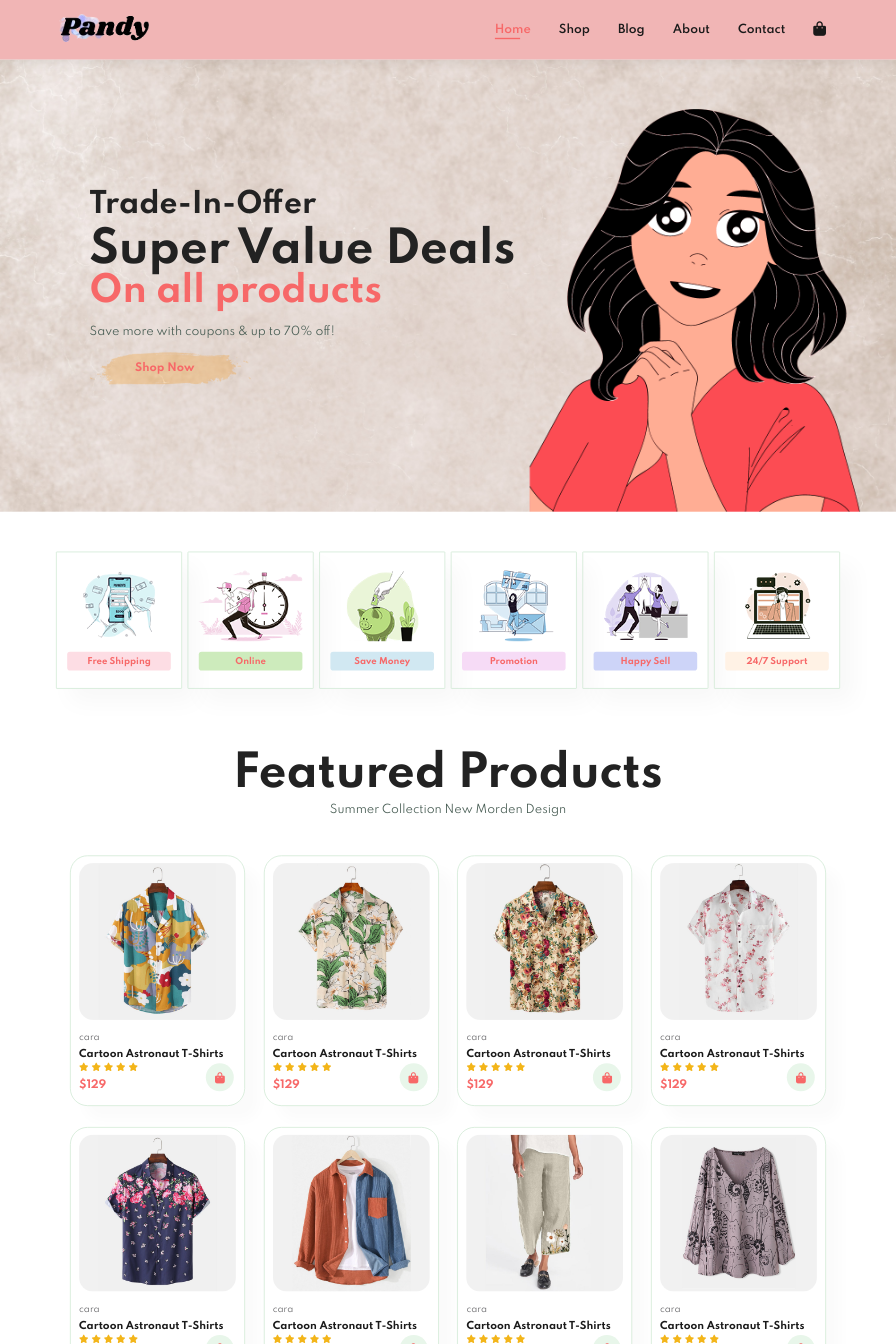
Repository: NassimeElkamari/Pandy-store-Frontend
Page: index.html
An editor plug-in stored every save of this project. The page is shown before and after the next save, followed by the edit.
The browser window is 1280 px wide. The pictures show the part of the page from y = 0 to 1920 px (the page is 3800 px tall), at 70% of full size.

Above is the page before, as saved 2024-10-05 12:27:55.

### index.html
<!DOCTYPE html>
<html lang="en">
<head>
    <meta charset="UTF-8">
    <title>Pandy store</title>
    <link rel="stylesheet" href="style.css">
    <link rel="stylesheet" href="https://cdnjs.cloudflare.com/ajax/libs/font-awesome/6.5.1/css/all.min.css">
    <link rel="icon" href="img/favicon.ico">
</head>
<body>
    <!--Header-->
    <header id="Header">
        <a href="#"><img src="img/logo (1).png" class="logo"></a>
        <nav>
            <ul id="navbar">
                <li><a href="index.html" class="active">Home</a></li>
                <li><a href="shop.html" class="n-active">Shop</a></li>
                <li><a href="blog.html" class="n-active">Blog</a></li>
                <li><a href="about.html" class="n-active">About</a></li>
                <li><a href="contact.html" class="n-active">Contact</a></li>
                <li class="lg-bag"><a href="cart.html"><i class="fa-solid fa-bag-shopping head-cart"></i></a></li>
                <a id="Close" href="#"><i class="fa-solid fa-xmark"></i></a>
            </ul>
        </nav>
        <div id="mobile">
            <a href="cart.html"><i class="fa-solid fa-bag-shopping head-cart"></i></a>
            <i id="bar" class="fa-solid fa-bars"></i>
        </div>
    </header>

    <!--Hero section-->
    <section id="img-slider">
        <div class="slide active">
            <img src="img/img1.png" >
            <div class="info">
                <h4 class="select-none">Trade-In-Offer</h4>
                <h2 class="select-none">Super Value Deals</h2>
                <h1 class="select-none">On all products</h1>
                <p class="select-none">Save more with coupons & up to 70% off!</p>
                <button>Shop Now</button>
            </div>
        </div>
    </section>

    <!--Feature Section-->

    <section id="feature" class="section-p1">
        <div class="fe-box">
            <img src="img/features (1)/f1.png" >
            <h6>Free Shipping</h6>
        </div>
        <div class="fe-box">
            <img src="img/features (1)/f2.png" >
            <h6>Online</h6>
        </div>
        <div class="fe-box">
            <img src="img/features (1)/f3.png" >
            <h6>Save Money</h6>
        </div>
        <div class="fe-box">
            <img src="img/features (1)/f4.png" >
            <h6>Promotion</h6>
        </div>
        <div class="fe-box">
            <img src="img/features (1)/f5.png" >
            <h6>Happy Sell</h6>
        </div>
        <div class="fe-box">
            <img src="img/features (1)/f6.png" >
            <h6>24/7 Support</h6>
        </div>
    </section>

    <!--Products-->
    <section class="section-p1" id="product1">
        <h2>Featured Products</h2>
        <p>Summer Collection New Morden Design</p>
        <div class="pro-container">
            <div class="pro">
                <img src="img/products (1)/f1.jpg" >
                <div class="des">
                    <span>cara</span>
                    <h5>Cartoon Astronaut T-Shirts</h5>
                    <div class="star">
                        <i class="fa-solid fa-star"></i>
                        <i class="fa-solid fa-star"></i>
                        <i class="fa-solid fa-star"></i>
                        <i class="fa-solid fa-star"></i>
                        <i class="fa-solid fa-star"></i>
                    </div>
                    <h4>$129</h4>
                </div>
                <a href="cart.html" class="cart">
                    <i class="fa-solid fa-bag-shopping"></i>
                </a>
            </div>
            <div class="pro">
                <img src="img/products (1)/f2.jpg" >
                <div class="des">
                    <span>cara</span>
                    <h5>Cartoon Astronaut T-Shirts</h5>
                    <div class="star">
                        <i class="fa-solid fa-star"></i>
                        <i class="fa-solid fa-star"></i>
                        <i class="fa-solid fa-star"></i>
                        <i class="fa-solid fa-star"></i>
                        <i class="fa-solid fa-star"></i>
                    </div>
                    <h4>$129</h4>
                </div>
                <a href="cart.html" class="cart">
                    <i class="fa-solid fa-bag-shopping"></i>
                </a>
            </div>
            <div class="pro">
                <img src="img/products (1)/f3.jpg" >
                <div class="des">
                    <span>cara</span>
                    <h5>Cartoon Astronaut T-Shirts</h5>
                    <div class="star">
                        <i class="fa-solid fa-star"></i>
                        <i class="fa-solid fa-star"></i>
                        <i class="fa-solid fa-star"></i>
                        <i class="fa-solid fa-star"></i>
                        <i class="fa-solid fa-star"></i>
                    </div>
                    <h4>$129</h4>
                </div>
                <a href="cart.html" class="cart">
                    <i class="fa-solid fa-bag-shopping"></i>
                </a>
            </div>
            <div class="pro">
                <img src="img/products (1)/f4.jpg" >
                <div class="des">
                    <span>cara</span>
                    <h5>Cartoon Astronaut T-Shirts</h5>
                    <div class="star">
                        <i class="fa-solid fa-star"></i>
                        <i class="fa-solid fa-star"></i>
                        <i class="fa-solid fa-star"></i>
                        <i class="fa-solid fa-star"></i>
                        <i class="fa-solid fa-star"></i>
                    </div>
                    <h4>$129</h4>
                </div>
                <a href="cart.html" class="cart">
                    <i class="fa-solid fa-bag-shopping"></i>
                </a>
            </div>
            <div class="pro">
                <img src="img/products (1)/f5.jpg" >
                <div class="des">
                    <span>cara</span>
                    <h5>Cartoon Astronaut T-Shirts</h5>
                    <div class="star">
                        <i class="fa-solid fa-star"></i>
                        <i class="fa-solid fa-star"></i>
                        <i class="fa-solid fa-star"></i>
                        <i class="fa-solid fa-star"></i>
                        <i class="fa-solid fa-star"></i>
                    </div>
                    <h4>$129</h4>
                </div>
                <a href="cart.html" class="cart">
                    <i class="fa-solid fa-bag-shopping"></i>
                </a>
            </div>
            <div class="pro">
                <img src="img/products (1)/f6.jpg" >
                <div class="des">
                    <span>cara</span>
                    <h5>Cartoon Astronaut T-Shirts</h5>
                    <div class="star">
                        <i class="fa-solid fa-star"></i>
                        <i class="fa-solid fa-star"></i>
                        <i class="fa-solid fa-star"></i>
                        <i class="fa-solid fa-star"></i>
                        <i class="fa-solid fa-star"></i>
                    </div>
                    <h4>$129</h4>
                </div>
                <a href="cart.html" class="cart">
                    <i class="fa-solid fa-bag-shopping"></i>
                </a>
            </div>
            <div class="pro">
                <img src="img/products (1)/f7.jpg" >
                <div class="des">
                    <span>cara</span>
                    <h5>Cartoon Astronaut T-Shirts</h5>
                    <div class="star">
                        <i class="fa-solid fa-star"></i>
                        <i class="fa-solid fa-star"></i>
                        <i class="fa-solid fa-star"></i>
                        <i class="fa-solid fa-star"></i>
                        <i class="fa-solid fa-star"></i>
                    </div>
                    <h4>$129</h4>
                </div>
                <a href="cart.html" class="cart">
                    <i class="fa-solid fa-bag-shopping"></i>
                </a>
            </div>
            <div class="pro">
                <img src="img/products (1)/f8.jpg" >
                <div class="des">
                    <span>cara</span>
                    <h5>Cartoon Astronaut T-Shirts</h5>
                    <div class="star">
                        <i class="fa-solid fa-star"></i>
                        <i class="fa-solid fa-star"></i>
                        <i class="fa-solid fa-star"></i>
                        <i class="fa-solid fa-star"></i>
                        <i class="fa-solid fa-star"></i>
                    </div>
                    <h4>$129</h4>
                </div>
                <a href="cart.html" class="cart">
                    <i class="fa-solid fa-bag-shopping"></i>
                </a>
            </div>
        </div>
    </section>

    <!--Call to Action-->
    <section id="banner" class="section-m1">
        <h4>Repair Services</h4>
        <h2>Up to <span>70% Off</span> All t-shirt & Accessories</h2>
        <button class="normal">Explore More</button>
    </section>

    <!--Small Banner-->
    <section id="sm-banner" class="section-p1">
        <div class="banner-box">
            <h4>Crazy deals</h4>
            <h2>buy 1 get 1 free</h2>
            <span>The best classic dress is on sale at cara</span>
            <button class="white">Learn More</button>
        </div>
        <div class="banner-box">
            <h4>spring summer</h4>
            <h2>upcoming season</h2>
            <span>The best classic dress is on sale at cara</span>
            <button class="white">Collection</button>
        </div>
    </section>

    <!--Features banner-->
    <section id="banner3">
        <div class="banner-box">
            <h4>SEASON SALE</h4>
            <h3>winter Collection -50% OFF</h3>
        </div>
        <div class="banner-box">
            <h4>NEW FOOTWEAR COLLECTION</h4>
            <h3>spring / summer 2024</h3>
        </div>
        <div class="banner-box">
            <h4>T-SHIRT</h4>
            <h3>New Trendy Prints</h3>
        </div>
    </section>

    <!--NewsLetter-->
    <section id="newsletter" class="section-p1 section-m1">
        <div class="newstext">
        <h4>Sign Up For NewsLetters</h4>
        <p>Get E-mail updates about our latest shop and <span>special offers.</span></p>
        </div>
        <form class="form">
            <input type="text" placeholder="Your email address"/>
            <button class="normal" type="submit">Sign Up</button>
        </form>
    </section>

    <!--Footer-->
    <footer class="section-p1">
        <div class="col">
            <img src="img/logo (1).png" class="logo">
            <h4>Contact</h4>
            <p><strong>Address: </strong>Bettana Salé</p>
            <p><strong>Phone: </strong>+212697690746</p>
            <p><strong>Hours: </strong>10:00 - 18:00, Mon - Sat</p>
            <div class="follow">
                <h4>Follow us</h4>
                <div class="icon">
                    <i class="fa-brands fa-facebook"></i>
                    <i class="fa-brands fa-instagram"></i>
                    <i class="fa-brands fa-linkedin"></i>
                    <i class="fa-brands fa-twitter"></i>
                </div>
            </div>
        </div>
        <div class="col">
            <h4>About</h4>
            <a href="about.html">About Us</a>
            <a href="blog.html">Delivery Information</a>
            <a href="blog.html">Privacy Policy</a>
            <a href="blog.html">Terms &amp; Conditions</a>
            <a href="contact.html">Contact Us</a>
        </div>
        <div class="col">
            <h4>My Account</h4>
            <a href="#">Sign In</a>
            <a href="cart.html">View Cart</a>
            <a href="shop.html">My WishList</a>
            <a href="product.html">Track My Order</a>
            <a href="contact.html">Help</a>
        </div>
        <div class="col install">
            <h4>Install App</h4>
            <p>From App Store or Google Play</p>
            <div class="row">
                <img src="img/pay (1)/app.jpg" >
                <img src="img/pay (1)/play.jpg" >
            </div>
            <p>Secured Payment Gateways</p>
            <img src="img/pay (1)/pay.png" >
        </div>
        <div class="copyright">
            <p>@2024 NassimeElkamari. All Rights Reserved</p>
        </div>
    </footer>

    <script src="main.js"></script>
</body>
</html>

### style.css
/* google font */
@import url('https://fonts.googleapis.com/css2?family=Spartan:wght@100;200;300;400;500;600;700;800;900&display=swap');

:root {
  --primary-color: #f76868;
}

* {
  margin: 0;
  padding: 0;
  box-sizing: border-box;
  font-family: 'Spartan', sans-serif;
}

html {
  scroll-behavior: smooth;
}

/********** Global Styles ************/

h1 {
  font-size: 3.125rem;
  line-height: 4rem;
  color: #222;
}

h2 {
  font-size: 3.855rem;
  line-height: 3.375rem;
  color: #222;
}

h4 {
  font-size: 2.5rem;
  color: #222;
}

h6 {
  font-weight: 700;
  font-size: 12px;
}

p {
  font-size: 16px;
  color: #465b52;
  margin: 15px 0 20px 0;
}

a {
  text-decoration: none;
}

.section-p1 {
  padding: 40px 80px;
}

.section-m1 {
  margin: 40px 0;
}

button.normal {
  font-size: 14px;
  font-weight: 600;
  padding: 15px 30px;
  color: #000;
  background-color: #fff;
  border-radius: 5px;
  cursor: pointer;
  border: none;
  outline: none;
  transition: all 0.3s ease;
}

button.white {
  font-size: 13px;
  font-weight: 600;
  padding: 11px 18px;
  color: #ffffff;
  background-color: transparent;
  cursor: pointer;
  border: 1px solid white;
  outline: none;
  transition: all 0.3s ease;
}

/* header section */

#Header{
    display: flex;
    justify-content: space-between;
    align-items: center;
    padding: 20px 80px;
    background: #f1b5b5;
    box-shadow: 0 5px 15px rgba(0, 0 , 0 , 0.06);
    position: sticky;
    top: 0;
    left: 0;
    z-index: 10;
}

#navbar{
    display: flex;
    align-items: center;
    justify-content: center;
    list-style: none;
}

#navbar li{
    padding: 0 20px;
    position: relative;
}

#navbar li a{
    font-size: 1rem;
    font-weight: 600;
    color: #1a1a1a;
    transition: all 0.3s ease;
}

#navbar li a:hover,
#navbar li a.active {
    color: var(--primary-color);
    transition: 0.5s;
}


#navbar li a::after {
    content: '';
    width: 0;
    height: 2px;
    background-color: var(--primary-color);
    position: absolute;
    bottom: -4px;
    left: 20px;
    transition: 0.4s;
}

#navbar li a:hover::after{
    width: 40%;
}

#navbar li a.active::after{
    width: 40%;
}

.head-cart{
    font-size: 1.3rem;
}

#mobile{
    display: none;
}

#Close{
    display: none;
}

/* hero section*/

#img-slider{
    height: 90vh;
    width: 100%;
    display: flex;
    justify-content: center;
    align-items: center;
    position: relative;
    overflow: hidden;
}

#img-slider .slide img{
    object-fit: cover;
    width: 100vw;
    height: 90vh;
    object-position: top right;
    position: relative;
}

#img-slider .slide .info{
    z-index: 1;
    position: absolute;
    top: 50%;
    transform: translateY(-50%);
    display: flex;
    flex-direction: column;
    align-items: flex-start;
    justify-content: center;
    padding-left: 10%;
}

.select-none{
    user-select: none;
}

#img-slider .slide .info h4{
    padding-bottom: 15px;

}

#img-slider .slide .info h1{
    color: var(--primary-color);
}

#img-slider .slide .info button{
    background: url(img/button\ \(1\).png);
    background-color: transparent;
    color: var(--primary-color);
    border: 0;
    padding: 14px 80px 14px 65px;
    font-size: 15px;
    font-weight: 700;
}

/* feature section*/

#feature{
    display: flex;
    align-items: center;
    justify-content: space-between;
    flex-wrap: wrap;
}

#feature .fe-box{
    width: 180px;
    text-align: center;
    padding: 25px 15px;
    box-shadow: 20px 20px 34px rgba(0, 0 , 0 , 0.03);
    border: 1px solid #cce7d0;
    border-radius: 1px;
    margin: 15px 0;
    cursor: pointer;
    transition: all 0.3s linear;
}

#feature .fe-box:hover{
    box-shadow: 10px 10px 54px rgba(70, 62 , 221 , 0.1);
}

#feature .fe-box img{
    width: 100%;
    margin-bottom: 10px;
}

#feature .fe-box h6{
    padding: 9px 8px 6px 8px;
    background-color: #fddde4;
    border-radius: 4px;
    color: var(--primary-color);
    line-height: 1;
}

#feature .fe-box:nth-child(2) h6{
    background-color: #cdebbc;
}

#feature .fe-box:nth-child(3) h6{
    background-color: #d1e8f2;
}

#feature .fe-box:nth-child(4) h6{
    background-color: #f6dbf6;
}

#feature .fe-box:nth-child(5) h6{
    background-color: #cdd4f8;
}

#feature .fe-box:nth-child(6) h6{
    background-color: #fff2e5;
}

/* product section */

#product1{
    text-align: center;
}

#product1 .pro-container{
    padding: 20px;
    display: flex;
    justify-content: space-between;
    flex-wrap: wrap;
    align-items: center;
}

#product1 .pro-container .pro{
    width: 23%;
    min-width: 250px;
    padding: 10px 12px;
    border: 1px solid #cce7d0;
    border-radius: 25px;
    cursor: pointer;
    box-shadow: 20px 20px 20px rgba(0, 0 , 0 , 0.02);
    margin: 15px 0;
    transition: all 0.3s linear;
    position: relative;
}

#product1 .pro-container .pro:hover{
    box-shadow: 20px 20px 20px rgba(0, 0 , 0 , 0.15);
}

#product1 .pro-container .pro img{
    width: 100%;
    border-radius: 20px;
}

#product1 .pro .des{
    text-align: start;
    padding: 10px 0 ;
}

#product1 .pro .des span{
    color: #606063;
    font-size: 12px;
}

#product1 .pro .des h5{
    padding-top: 7px;
    color: #1a1a1a;
    font-size: 14px;
}

#product1 .pro .des i{
    font-size: 12px;
    color: rgb(243, 181, 25);
}

#product1 .pro .des h4{
    padding-top: 7px;
    font-weight: 700;
    font-size: 15px;
    color: var(--primary-color);
}

#product1 .pro .cart i{
    width: 40px;
    line-height: 40px;
    background-color: #e8f6ea;
    border-radius: 50px;
    color: var(--primary-color);
    position: absolute;
    bottom: 20px;
    right: 15px;
}

/* Call to Action*/

#banner{
    background: url(img/banner/b2\ \(1\).jpg) center/cover;
    height: 40vh;
    width: 100%;
    text-align: center;
    display: flex;
    flex-direction: column;
    align-items: center;
    justify-content: center;
}

#banner h4{
    color: white;
    font-size: 16px;
}

#banner h2{
    color: white;
    font-size: 30px;
    padding: 10px 0;
}

#banner h2 span{
    color: #ef3636;
}

#banner .normal:hover{
    background-color: var(--primary-color);
    color: #fff;
}

/* small box*/

#sm-banner{
    display: flex;
    justify-content: space-around;
    flex-wrap: wrap;
}

#sm-banner .banner-box{
    background: url(img/img1.jpg) center/cover;
    height: 50vh;
    min-width: 47%;
    display: flex;
    align-items: start;
    justify-content: center;
    flex-direction: column;
    padding: 30px;
}

#sm-banner .banner-box h4{
    color: white;
    font-size: 20px;
    font-weight: 300;
}

#sm-banner .banner-box h2{
    color: white;
    font-size: 28px;
    font-weight: 800;
}

#sm-banner .banner-box span{
    color: white;
    font-size: 14px;
    font-weight: 500;
    padding-bottom: 15px;
}

#sm-banner .banner-box:hover button{
    background-color: var(--primary-color);
    border: 1px solid var(--primary-color);
}

#sm-banner .banner-box:nth-child(2){
    background: url(img/banner/b10\ \(1\).jpg);
}

/* banner 3 section*/

#banner3{
    display: flex;
    flex-wrap: wrap;
    justify-content: space-around;
    padding: 0 80px;
}

#banner3 .banner-box{
    background: url(img/img4.jpg) center/cover;
    height: 30vh;
    min-width: 30%;
    display: flex;
    flex-direction: column;
    justify-content: center;
    align-items: flex-start;
    padding: 20px;
    margin-bottom: 20px;
}

#banner3 .banner-box h4{
    color: white;
    font-weight: 900;
    font-size: 22px;
}

#banner3 .banner-box h3{
    color: #ec544e;
    font-weight: 800;
    font-size: 15px;
}

#banner3 .banner-box:nth-child(2){
    background: url(img/img7.jpg) center/cover;
}

#banner3 .banner-box:nth-child(3){
    background: url(img/img3.jpg) center/cover;
}

/*Sign up*/

#newsletter {
    display: flex;
    justify-content: space-between;
    flex-wrap: wrap;
    align-items: center;
    background: url(img/banner/b1\ \(1\).jpg) center/cover;
    padding: 40px 110px;
}

#newsletter h4{
    color: white;
    font-weight: 700;
    font-size: 22px;
}

#newsletter p{
    font-size: 14px;
    font-weight: 600;
    color: #818ea0;

}

#newsletter .newstext span{
    color: #ffbd27;
}

#newsletter input{
    height: 3.125rem;
    padding: 0 1.25rem;
    font-size: 14px;
    width: 100%;
    border: 1px solid transparent;
    border-radius: 5px;
    outline: none;
    border-top-right-radius: 0;
    border-bottom-right-radius: 0;
}

#newsletter button{
    background-color: var(--primary-color);
    color: white;
    white-space: nowrap;
    height: 3.125rem;
    border-radius: 5px;
    border-top-left-radius: 0;
    border-bottom-left-radius: 0;
}

#newsletter .form{
    display: flex;
    width: 40%;

}

/*Footer*/

footer{
    display: flex;
    flex-wrap: wrap;
    justify-content: space-between;
    margin: 40px 0;
}

footer .col{
    display: flex;
    flex-direction: column;
    align-items: flex-start;
    justify-content: space-evenly;
    margin-bottom: 20px;
}

footer .logo{
    cursor: pointer;
    margin-bottom: 30px;
}

footer h4{
    font-size: 14px;
    margin-bottom: 20px;
}

footer p{
    font-size: 13px;
    margin-bottom: 8px;
}

footer a{
    font-size: 13px;
    text-decoration: none;
    color: #222;
}

footer .follow{
    margin-top: 20px;
}

footer .follow i{
    color: #465b52;
    margin-right: 4px;
}

footer .follow i:hover{
    color: var(--primary-color);
}

footer .install .row img{
    border: 1px solid var(--primary-color);
    border-radius: 6px;
    cursor: pointer;
}

footer .install img {
    margin: 10px 0 15px
}

footer .copyright{
    text-align: center;
    width: 100%;
    text-decoration: underline;
}

Loaded but not shown: main.js (no stored copy; drawn as an empty file)

After the next save:
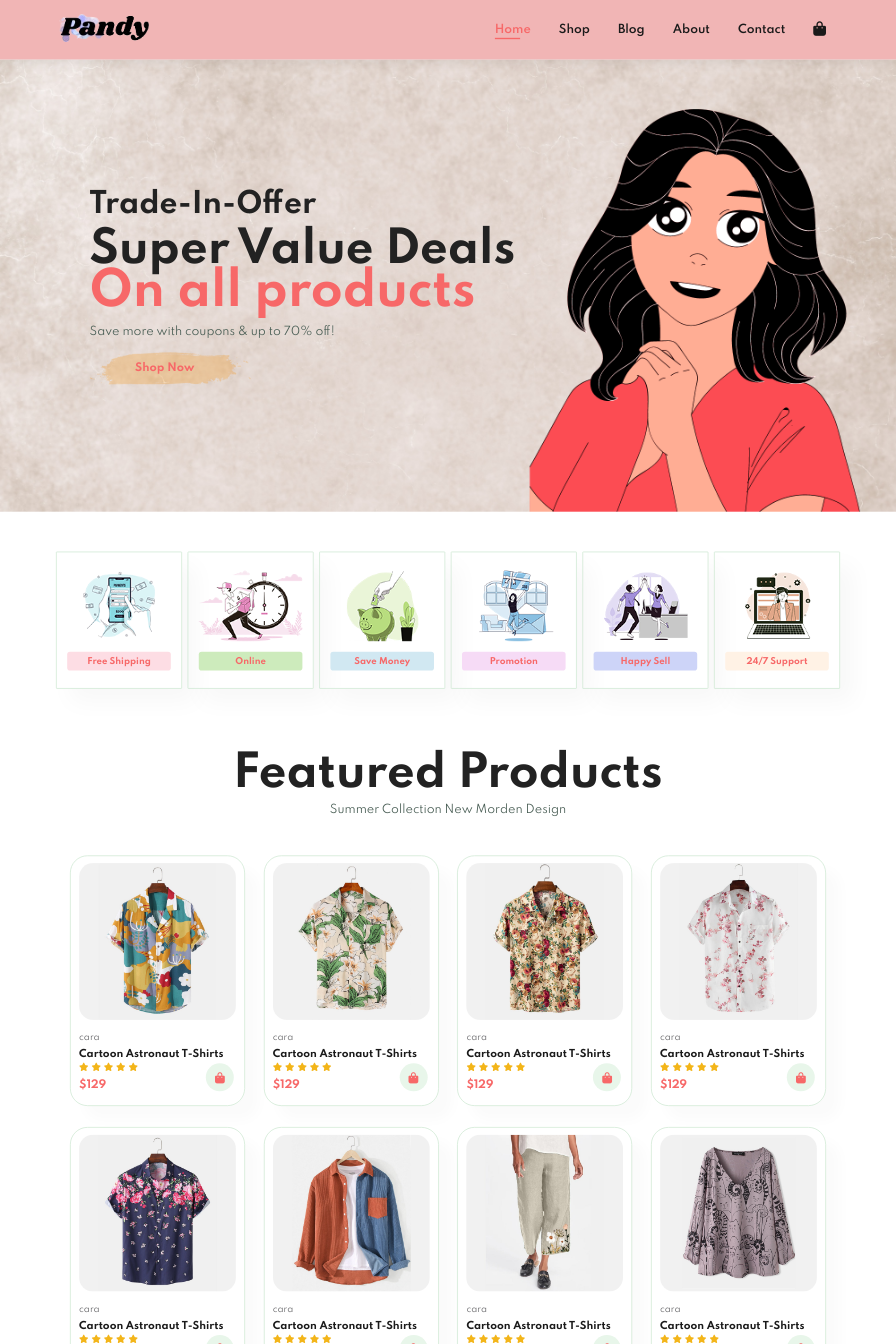
Saved 11 s later.
--- a/style.css
+++ b/style.css
@@ -19,7 +19,7 @@ html {
 /********** Global Styles ************/
 
 h1 {
-  font-size: 3.125rem;
+  font-size: 4.125rem;
   line-height: 4rem;
   color: #222;
 }
